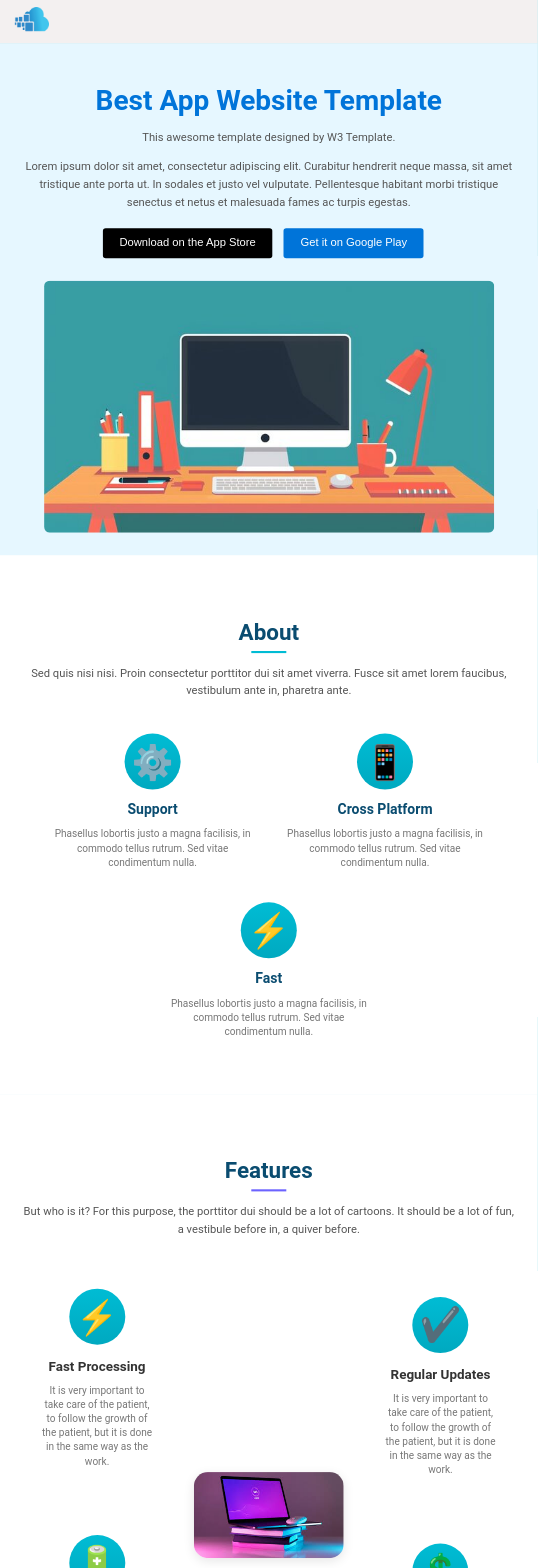
Repository: gautamsonam011/Institute
Page: /
The author's editor kept a copy of each file at every save. The page is drawn from the files as they stood at one save, then again after the next save.
The browser window is 768 px wide. The pictures show the part of the page from y = 0 to 2240 px (the page is 4142 px tall before and 4010 px after), at 70% of full size.
The project was rebuilt for these pictures with package versions that can differ from the ones it lists, and the page was loaded fresh each time. Also part of the build but not shown: vite.config.js, src/Header.jsx, src/Sidebar.jsx, src/Home.jsx, src/students/Addstudent.jsx, src/students/allstudent.css, src/students/Allstudents.jsx, src/Fee management/feehead.css and 9 more.

Above is the page before, as saved 2024-11-28 10:36:34.

### src/components/Last.jsx
import React from 'react'
import Navbar from './Navbar';
import Main from './Main';
import About from './About';
import Features from './Features';
import Team from './Team';
import Contact from './Contact'
import Footer from './Footer';

const Last = () => {
  return (
    <div>
      <Navbar/>
      <Main/>
      <About/>
      <Features/>
      <Team/>
      <Contact/>
      <Footer/>
    </div>
  )
}

export default Last

### src/students/addstudent.css
.form-container {
    width: 96%;
    margin: auto;
    padding: 20px;
    border: 1px solid #ccc;
    border-radius: 10px;
    background-color: #e0f7fa;
    box-shadow: 0 4px 10px rgba(0, 0, 0, 0.1);
  }

  h2 {
    color: #047d8d;
    text-align: center;
    margin-bottom: 20px;
    font-size: 1.5rem;
  }

  .form-group {
    margin-bottom: 20px;
  }

  label {
    display: block;
    font-weight: bold;
    color: #047d8d;
    margin-bottom: 5px;
  }

  input, select, textarea {
    width: 98%;
    padding: 12px;
    margin-top: 5px;
    border: 1px solid #b0bec5;
    border-radius: 4px;
    font-size: 1rem;
    transition: border-color 0.3s;
  }

  input:focus, select:focus, textarea:focus {
    border-color: #047d8d;
    outline: none;
  }

  button {
    padding: 10px 20px;
    background-color: #047d8d;
    color: white;
    border: none;
    cursor: pointer;
    font-size: 16px;
  }

  button:active {
    background-color: #64bdc9;;
  }

### src/components/Main.jsx
import React from "react";
import "./main.css";
import mainbg2 from '../assets/mainbg2.jpg'

const AppSection = () => {
  return (
    <div className="app-section">
      <div className="content">
        <h1>Best App Website Template</h1>
        <p>
          This awesome template designed by W3 Template.
        </p>
        <p>
          Lorem ipsum dolor sit amet, consectetur adipiscing elit. Curabitur hendrerit neque massa, sit amet tristique ante porta ut. In sodales et justo vel vulputate. Pellentesque habitant morbi tristique senectus et netus et malesuada fames ac turpis egestas.
        </p>
        <div className="buttons">
          <button className="btn btn-black">Download on the App Store</button>
          <button className="btn btn-blue">Get it on Google Play</button>
        </div>
      </div>
      <div className="image">
        <img src={mainbg2} alt="App Illustration" />
      </div>
    </div>
  );
};

export default AppSection;

### src/components/About.jsx
import React from "react";
import "./about.css";

const About = () => {
  return (
    <section className="about-section" id="about">
      <div className="about-container">
        <h2 className="about-title">About</h2>
        <hr className="about-divider" />
        <p className="about-description">
          Sed quis nisi nisi. Proin consectetur porttitor dui sit amet viverra.
          Fusce sit amet lorem faucibus, vestibulum ante in, pharetra ante.
        </p>
        <div className="about-features">
          <div className="feature">
            <div className="feature-icon support-icon"></div>
            <h3>Support</h3>
            <p>
              Phasellus lobortis justo a magna facilisis, in commodo tellus
              rutrum. Sed vitae condimentum nulla.
            </p>
          </div>
          <div className="feature">
            <div className="feature-icon cross-platform-icon"></div>
            <h3>Cross Platform</h3>
            <p>
              Phasellus lobortis justo a magna facilisis, in commodo tellus
              rutrum. Sed vitae condimentum nulla.
            </p>
          </div>
          <div className="feature">
            <div className="feature-icon fast-icon"></div>
            <h3>Fast</h3>
            <p>
              Phasellus lobortis justo a magna facilisis, in commodo tellus
              rutrum. Sed vitae condimentum nulla.
            </p>
          </div>
        </div>
      </div>
    </section>
  );
};

export default About;

### src/components/Features.jsx
import React from "react";
import "./features.css";
import feature from '../assets/feature.jpeg'

const FeaturesPage = () => {
  const featuresLeft = [
    {
      title: "Fast Processing",
      description:
        "It is very important to take care of the patient, to follow the growth of the patient, but it is done in the same way as the work.",
      icon: "⚡",
    },
    {
      title: "Low Power Consuming",
      description:
        "It is very important to take care of the patient, to follow the growth of the patient, but it is done in the same way as the work.",
      icon: "🔋",
    },
  ];

  const featuresRight = [
    {
      title: "Regular Updates",
      description:
        "It is very important to take care of the patient, to follow the growth of the patient, but it is done in the same way as the work.",
      icon: "✔️",
    },
    {
      title: "Save Money",
      description:
        "It is very important to take care of the patient, to follow the growth of the patient, but it is done in the same way as the work.",
      icon: "💲",
    },
  ];

  return (
    <div className="features-section" id="features">
      <div className="features-container">
        <h2 className="features-title">Features</h2>
        <div className="features-divider"></div>
        <p className="features-description">
          But who is it? For this purpose, the porttitor dui should be a lot of
          cartoons. It should be a lot of fun, a vestibule before in, a quiver
          before.
        </p>

        <div className="features-content">
          <div className="features-column">
            {featuresLeft.map((feature, index) => (
              <div className="feature-card" key={index}>
                <div className="feature-icon">{feature.icon}</div>
                <h3 className="feature-title">{feature.title}</h3>
                <p className="feature-description">{feature.description}</p>
              </div>
            ))}
          </div>

          <div className="features-image">
            <img src={feature} alt="Mobile" />
          </div>

          <div className="features-column">
            {featuresRight.map((feature, index) => (
              <div className="feature-card" key={index}>
                <div className="feature-icon">{feature.icon}</div>
                <h3 className="feature-title">{feature.title}</h3>
                <p className="feature-description">{feature.description}</p>
              </div>
            ))}
          </div>
        </div>
      </div>
    </div>
  );
};

export default FeaturesPage;

### src/components/Team.jsx
import React from "react";
import "./team.css";
import user1 from '../assets/user1.jpg';
import user2 from '../assets/user2.jpg';
import user3 from '../assets/user3.jpg'

const OurTeam = () => {
  const teamMembers = [
    {
      name: "Jane Doe",
      image: user1, // Replace with the correct image path
      title: "Web Developer",
    },
    {
      name: "John Smith",
      image: user2, // Replace with the correct image path
      title: "UI/UX Designer",
    },
    {
      name: "Mike Johnson",
      image: user3, // Replace with the correct image path
      title: "Project Manager",
    },
  ];

  return (
    <section className="our-team">
      <div className="container">
        <h2 className="team-heading">Our Team</h2>
        <p className="team-description">
          Sed quis nisi nisi. Proin consectetur porttitor dui sit amet viverra. Fusce sit amet lorem faucibus, vestibulum ante in, pharetra ante.
        </p>
        <div className="team-members">
          {teamMembers.map((member, index) => (
            <div key={index} className="team-member">
              <img
                src={member.image}
                alt={member.name}
                className="team-member-img"
              />
              <h3 className="member-name">{member.name}</h3>
              <p className="member-title">{member.title}</p>
            </div>
          ))}
        </div>
      </div>
    </section>
  );
};

export default OurTeam;

### src/components/Contact.jsx
import React from "react";
import "./contact.css";

const ContactUs = () => {
  return (
    <section className="contact-us" id="contact">
      <div className="container">
        <h2 className="contact-heading">Contact us</h2>
        <p className="contact-description">
          Sed quis nisi nisi. Proin consectetur porttitor dui sit amet viverra. Fusce sit amet lorem faucibus, vestibulum ante in, pharetra ante.
        </p>
        <div className="contact-content">
          {/* Left: Contact Form */}
          <form className="contact-form">
            <div className="form-row">
              <input
                type="text"
                placeholder="Full Name"
                className="form-input"
              />
              <input type="email" placeholder="Email" className="form-input" />
            </div>
            <div className="form-row">
              <input type="text" placeholder="Subject" className="form-input" />
            </div>
            <div className="form-row">
              <textarea
                placeholder="Message"
                className="form-textarea"
              ></textarea>
            </div>
            <button type="submit" className="form-submit">
              SUBMIT
            </button>
          </form>
          {/* Right: Contact Info */}
          <div className="contact-info">
            <div className="info-box">
              <p>
                <strong>ADDRESS</strong>
                <br />
                New Delhi, India
              </p>
            </div>
            <div className="info-box">
              <p>
                <strong>PHONE</strong>
                <br />
                009900990099
              </p>
            </div>
            <div className="info-box">
              <p>
                <strong>E-MAIL</strong>
                <br />
                yogeshsingh.now@gmail.com
              </p>
            </div>
            <div className="info-box">
              <p>
                <strong>WORKING HOURS</strong>
                <br />
                Mon-Fri 9.00 AM to 5.00 PM
              </p>
            </div>
          </div>
        </div>
      </div>
    </section>
  );
};

export default ContactUs;

### src/components/Footer.jsx
import React from "react";
import "./footer.css";

const Footer = () => {
  return (
    <footer className="footer">
      <div className="container">
        <div className="footer-content">
          {/* About Section */}
          <div className="footer-section">
            <h3>About Us</h3>
            <p>
              We provide excellent training services and certifications. Our goal is to help you grow professionally and achieve your career goals.
            </p>
          </div>
          {/* Quick Links */}
          <div className="footer-section">
            <h3>Quick Links</h3>
            <ul className="footer-links">
              <li><a href="#home">Home</a></li>
              <li><a href="#about">About</a></li>
              <li><a href="#features">Features</a></li>
              <li><a href="#contact">Contact</a></li>
            </ul>
          </div>
          {/* Contact Info */}
          <div className="footer-section">
            <h3>Contact Us</h3>
            <p>New Delhi, India</p>
            <p>Phone: 009900990099</p>
            <p>Email: info@example.com</p>
          </div>
        </div>
        {/* Social Media */}
        <div className="footer-social">
          <a href="#" className="social-icon">
            <i className="fab fa-facebook-f"></i>
          </a>
          <a href="#" className="social-icon">
            <i className="fab fa-twitter"></i>
          </a>
          <a href="#" className="social-icon">
            <i className="fab fa-instagram"></i>
          </a>
          <a href="#" className="social-icon">
            <i className="fab fa-linkedin-in"></i>
          </a>
        </div>
        {/* Footer Bottom */}
        <div className="footer-bottom">
          <p>© 2024 Your Company. All Rights Reserved.</p>
        </div>
      </div>
    </footer>
  );
};

export default Footer;

### src/components/navbar.css
/* Navbar styles */
.navbar {
  display: flex;
  justify-content: space-between;
  align-items: center;
  padding: 10px 20px;
  background-color: #f3f0f0;
}

.navbar .logo img {
  width: 50px;
}

.navbar .nav-links {
  display: flex;
  gap: 20px;
}

.navbar .nav-links ul {
  list-style: none;
  margin: 0;
  padding: 0;
  display: flex;
}

.navbar .nav-links li a {
  color: rgb(2, 2, 2);
  text-decoration: none;
  padding: 10px 20px;
}

.navbar .hamburger {
  display: none;
  cursor: pointer;
}

.navbar .hamburger .bar {
  width: 25px;
  height: 4px;
  background-color: rgb(14, 13, 13);
  margin: 5px;
  transition: all 0.3s;
}

/* Show the hamburger icon on small screens */
@media (max-width: 768px) {
  .navbar .nav-links {
    display: none;
    width: 100%;
    flex-direction: column;
    align-items: center;
    position: absolute;
    top: 60px;
    left: 0;
    background-color: #333;
    z-index: 100;
  }

  .navbar .nav-links.active {
    display: flex;
  }

  .navbar .hamburger {
    display: block;
  }

  .navbar .hamburger.active .bar:nth-child(1) {
    transform: rotate(45deg);
    position: relative;
    top: 9px;
  }

  .navbar .hamburger.active .bar:nth-child(2) {
    opacity: 0;
  }

  .navbar .hamburger.active .bar:nth-child(3) {
    transform: rotate(-45deg);
    position: relative;
    top: -9px;
  }
}

### src/components/main.css
.app-section {
  display: flex;
  align-items: center;
  justify-content: space-between;
  background-color: #e6f7ff;
  padding: 2rem;
  flex-wrap: wrap; /* Makes it responsive */
}

.content {
  flex: 1;
  margin-right: 2rem;
}

.content h1 {
  font-size: 2.5rem;
  color: #0074d9;
  margin-bottom: 1rem;
}

.content p {
  font-size: 1rem;
  color: #555;
  margin-bottom: 1rem;
  line-height: 1.6;
}

.buttons {
  margin-top: 1.5rem;
}

.btn {
  font-size: 1rem;
  padding: 0.8rem 1.5rem;
  margin-right: 1rem;
  border: none;
  border-radius: 4px;
  cursor: pointer;
}

.btn-black {
  background-color: black;
  color: white;
}

.btn-blue {
  background-color: #0074d9;
  color: white;
}

.image {
  flex: 1;
  display: flex;
  justify-content: center;
  align-items: center;
}

.image img {
  max-width: 100%;
  height: auto;
  border-radius: 8px;
}

/* Responsive Design */
@media (max-width: 768px) {
  .app-section {
    flex-direction: column;
    text-align: center;
  }

  .content {
    margin: 0;
    margin-bottom: 2rem;
  }

  .image {
    justify-content: center;
  }
}

### src/components/about.css
.about-section {
    padding: 4rem 2rem;
    text-align: center;
    background-color: white;
  }

  .about-container {
    max-width: 1200px;
    margin: 0 auto;
  }

  .about-title {
    font-size: 2rem;
    color: #0a4c70;
    font-weight: bold;
    margin-bottom: 0.5rem;
  }

  .about-divider {
    width: 50px;
    height: 3px;
    background-color: #00bcd4;
    border: none;
    margin: 0.5rem auto;
  }

  .about-description {
    font-size: 1rem;
    color: #555;
    margin: 1rem 0 3rem;
    line-height: 1.6;
  }

  .about-features {
    display: flex;
    justify-content: center;
    gap: 2rem;
    flex-wrap: wrap;
  }

  .feature {
    text-align: center;
    max-width: 300px;
  }

  .feature-icon {
    width: 80px;
    height: 80px;
    margin: 0 auto 1rem;
    border-radius: 50%;
    background: linear-gradient(to bottom, #00bcd4, #00a9c0);
    display: flex;
    justify-content: center;
    align-items: center;
    font-size: 2rem;
    color: white;
    transition: transform 0.3s ease, background-color 0.3s ease;
  }

  .feature-icon:hover {
    transform: scale(1.2); /* Enlarges the icon on hover */
    background: linear-gradient(to bottom, #00a9c0, #00bcd4); /* Reverses the gradient */
    cursor: pointer;
  }

  .support-icon::before {
    content: "⚙️"; /* Replace with an actual image or icon if desired */
  }

  .cross-platform-icon::before {
    content: "📱"; /* Replace with an actual image or icon if desired */
  }

  .fast-icon::before {
    content: "⚡"; /* Replace with an actual image or icon if desired */
  }

  .feature h3 {
    font-size: 1.25rem;
    color: #0a4c70;
    margin: 0.5rem 0;
  }

  .feature p {
    font-size: 0.9rem;
    color: #777;
    line-height: 1.4;
  }

### src/components/features.css
.features-section {
    padding: 4rem 2rem;
    text-align: center;
    background-color: white;
  }

  .features-container {
    max-width: 1200px;
    margin: 0 auto;
  }

  .features-title {
    font-size: 2rem;
    color: #0a4c70;
    font-weight: bold;
    margin-bottom: 0.5rem;
  }

  .features-divider {
    width: 50px;
    height: 3px;
    background-color: #6c63ff;
    margin: 0.5rem auto 1rem;
  }

  .features-description {
    font-size: 1rem;
    color: #555;
    margin-bottom: 3rem;
    line-height: 1.6;
  }

  .features-content {
    display: flex;
    align-items: center;
    justify-content: space-between;
    gap: 2rem;
  }

  .features-column {
    display: flex;
    flex-direction: column;
    gap: 2rem;
    flex: 1;
  }

  .feature-card {
    text-align: center;
    padding: 1.5rem;
    /* border: 1px solid #ddd; */
    /* border-radius: 10px;
    background: #f9f9f9; */
    transition: transform 0.3s ease, box-shadow 0.3s ease;
  }

  .feature-card:hover {
    transform: translateY(-10px);
    box-shadow: 0 8px 20px rgba(0, 0, 0, 0.15);
  }

  .feature-icon {
    font-size: 3rem;
    color: #6c63ff;
    margin-bottom: 1rem;
  }

  .feature-title {
    font-size: 1.2rem;
    color: #333;
    font-weight: bold;
    margin-bottom: 0.5rem;
  }

  .feature-description {
    font-size: 0.9rem;
    color: #777;
    line-height: 1.4;
  }

  .features-image {
    flex: 1;
    display: flex;
    justify-content: center;
    align-items: center;
  }

  .features-image img {
    max-width: 100%;
    height: auto;
    border-radius: 20px;
    box-shadow: 0 4px 15px rgba(0, 0, 0, 0.1);
  }

### src/components/team.css
.our-team {
    text-align: center;
    padding: 50px 20px;
    background-color: #f9f9f9;
  }

  .team-heading {
    font-size: 2rem;
    color: #0a4c70;
    font-weight: bold;
    margin-bottom: 20px;
  }

  .team-description {
    color: #555;
    font-size: 1rem;
    margin-bottom: 40px;
  }

  .team-members {
    display: flex;
    justify-content: center;
    gap: 60px; /* Increased gap between images */
    flex-wrap: wrap;
  }

  .team-member {
    max-width: 250px; /* Allows for a larger size */
    text-align: center;
  }

  .team-member-img {
    width: 150px; /* Larger circle size */
    height: 150px; /* Match width for a perfect circle */
    border-radius: 50%;
    object-fit: cover;
    margin-bottom: 15px;
    border: 3px solid #ddd; /* Optional: Add a border for better appearance */
  }

  .member-name {
    font-size: 1rem;
    font-weight: bold;
    color: #333;
    margin-top: 10px;
  }

  .member-title {
    font-size: 0.9rem;
    color: #777;
  }

### src/components/contact.css
.contact-us {
    text-align: center;
    padding: 70px 40px;
    background-color: #f9f9f9;
  }

  .contact-heading {
    font-size: 2rem;
    color: #0a4c70;
    font-weight: bold;
    margin-bottom: 10px;
  }

  .contact-description {
    color: #555;
    font-size: 1rem;
    margin-bottom: 40px;
  }

  .contact-content {
    display: flex;
    justify-content: space-between;
    gap: 20px;
    flex-wrap: wrap;
    max-width: 1200px; /* Restrict max width */
    margin: 0 auto; /* Center content horizontally */
  }

  .contact-form {
    flex: 1;
    max-width: 60%;
  }

  .contact-info {
    flex: 1;
    max-width: 30%;
    background: #e0f7fa;
    padding: 20px;
    border-radius: 10px;
  }

  .form-row {
    display: flex;
    gap: 10px;
    margin-bottom: 15px;
  }

  .form-input {
    width: 100%;
    padding: 10px;
    border: 1px solid #ddd;
    border-radius: 25px;
  }

  .form-textarea {
    width: 100%;
    padding: 10px;
    height: 100px;
    border: 1px solid #ddd;
    border-radius: 5px;
  }

  .form-submit {
    width: 100%;
    padding: 10px;
    background: #0a4c70;
    color: white;
    border: none;
    border-radius: 5px;
    cursor: pointer;
    font-weight: bold;
  }

  .info-box {
    text-align: left;
    margin-bottom: 15px;
  }

  .info-box p {
    margin: 0;
    color: #333;
  }

  .info-box strong {
    display: block;
    margin-bottom: 5px;
    color: #0a4c70;
  }

### src/components/footer.css
.footer {
    background-color: #0a4c70;
    color: white;
    padding: 40px 20px;
    text-align: center;
  }

  .container {
    max-width: 1200px;
    margin: 0 auto;
  }

  .footer-content {
    display: flex;
    justify-content: space-between;
    flex-wrap: wrap;
    margin-bottom: 20px;
  }

  .footer-section {
    flex: 1;
    min-width: 200px;
    margin: 10px;
  }

  .footer-section h3 {
    font-size: 1.2rem;
    margin-bottom: 10px;
    color: #e0f7fa;
  }

  .footer-section p,
  .footer-section a {
    font-size: 0.9rem;
    color: white;
    line-height: 1.6;
  }

  .footer-section a {
    text-decoration: none;
    color: #e0f7fa;
  }

  .footer-section a:hover {
    text-decoration: underline;
  }

  .footer-links {
    list-style: none;
    padding: 0;
  }

  .footer-links li {
    margin-bottom: 8px;
  }

  .footer-links a {
    color: white;
    text-decoration: none;
  }

  .footer-links a:hover {
    text-decoration: underline;
  }

  .footer-social {
    margin: 20px 0;
  }

  .social-icon {
    margin: 0 10px;
    font-size: 1.2rem;
    color: white;
    text-decoration: none;
  }

  .social-icon:hover {
    color: #e0f7fa;
  }

  .footer-bottom {
    border-top: 1px solid #e0f7fa;
    padding-top: 10px;
    font-size: 0.8rem;
    color: #e0f7fa;
  }

Loaded but not shown: index.html (common file); src/main.jsx (common file); src/App.css (268 lines, source omitted); src/components/Navbar.jsx (119 lines, source omitted); src/App.jsx (72 lines, source omitted)

After the next save:
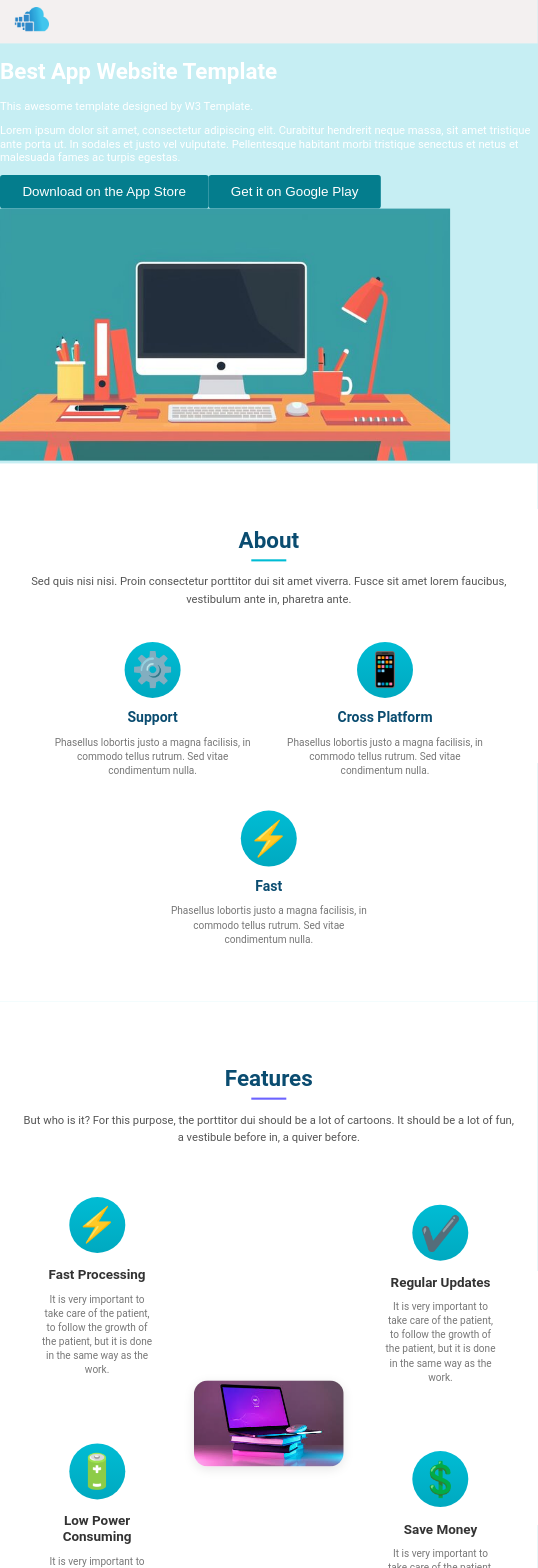
Saved 2 min 24 s later.
--- a/src/components/main.css
+++ b/src/components/main.css
@@ -1,61 +1,60 @@
-.app-section {
+/* Hero Section Styling */
+.hero-section {
   display: flex;
   align-items: center;
   justify-content: space-between;
-  background-color: #e6f7ff;
   padding: 2rem;
-  flex-wrap: wrap; /* Makes it responsive */
+  background-color: #fefefe;
+  background-image: url("https://via.placeholder.com/900x600"); /* Replace with actual background */
+  background-size: cover;
+  background-position: center;
+  color: white;
+  flex-wrap: wrap; /* Makes layout responsive */
 }
 
-.content {
-  flex: 1;
-  margin-right: 2rem;
+.hero-content {
+  max-width: 50%;
+  margin: 2rem;
 }
 
-.content h1 {
-  font-size: 2.5rem;
-  color: #0074d9;
+.subtitle {
+  font-size: 1.5rem;
+  font-weight: 400;
+  color: #ff6fa3;
   margin-bottom: 1rem;
 }
 
-.content p {
-  font-size: 1rem;
-  color: #555;
-  margin-bottom: 1rem;
-  line-height: 1.6;
+.title {
+  font-size: 3rem;
+  font-weight: 700;
+  margin-bottom: 1.5rem;
 }
 
-.buttons {
-  margin-top: 1.5rem;
+.hero-buttons {
+  display: flex;
+  gap: 1rem;
 }
 
 .btn {
-  font-size: 1rem;
-  padding: 0.8rem 1.5rem;
-  margin-right: 1rem;
+  font-size: 1.2rem;
+  padding: 0.8rem 2rem;
   border: none;
   border-radius: 4px;
   cursor: pointer;
 }
 
-.btn-black {
-  background-color: black;
+.btn-pink {
+  background-color: #ff6fa3;
   color: white;
 }
 
-.btn-blue {
-  background-color: #0074d9;
-  color: white;
+.btn-outline {
+  background-color: transparent;
+  color: #ff6fa3;
+  border: 2px solid #ff6fa3;
 }
 
-.image {
-  flex: 1;
-  display: flex;
-  justify-content: center;
-  align-items: center;
-}
-
-.image img {
+.hero-image img {
   max-width: 100%;
   height: auto;
   border-radius: 8px;
@@ -63,17 +62,19 @@
 
 /* Responsive Design */
 @media (max-width: 768px) {
-  .app-section {
+  .hero-section {
     flex-direction: column;
     text-align: center;
+    padding: 1.5rem;
   }
 
-  .content {
+  .hero-content {
+    max-width: 100%;
     margin: 0;
     margin-bottom: 2rem;
   }
 
-  .image {
+  .hero-buttons {
     justify-content: center;
   }
 }
